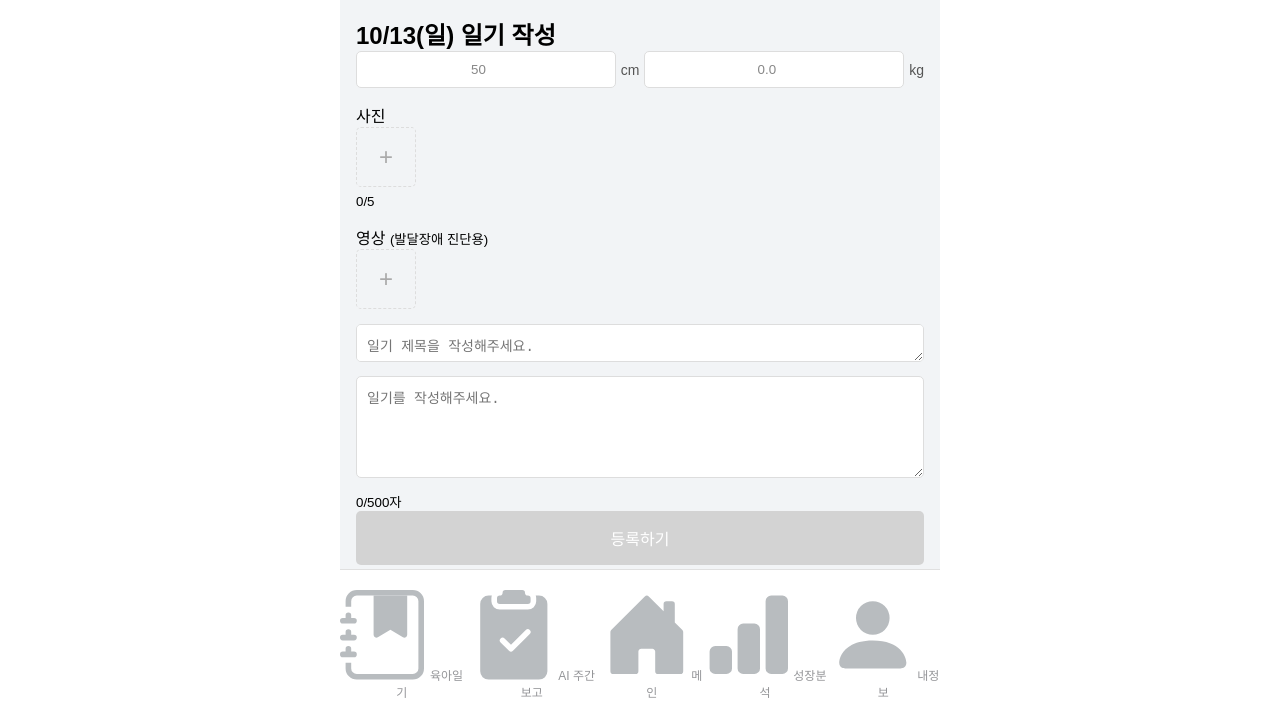
Repository: fromBirth/frombirth-frontend
Page: /babydiary/register
The author's editor kept a copy of each file at every save. The page is drawn from the files as they stood at one save, then again after the next save.
The browser window is 1280 px wide. The pictures show the whole page.
Some web fonts or font styles are not loaded; a fallback is used. The project was rebuilt for these pictures with package versions that can differ from the ones it lists, and the page was loaded fresh each time. Also part of the build but not shown: vite.config.js.

Above is the page before, as saved 2024-10-30 13:32:38.

### index.html
<!doctype html>
<html lang="en">
  <head>
    <meta charset="UTF-8" />
    <link rel="icon" type="image/svg+xml" href="/fromBirthIcon" />
    <meta name="viewport" content="width=device-width, initial-scale=1.0" />
    <script src="https://t1.kakaocdn.net/kakao_js_sdk/2.7.2/kakao.min.js" integrity="sha384-TiCUE00h649CAMonG018J2ujOgDKW/kVWlChEuu4jK2vxfAAD0eZxzCKakxg55G4" crossorigin="anonymous"></script>
    <title>fromBirth</title>
  </head>
  <body>
    <div id="root"></div>
    <script type="module" src="/src/main.jsx"></script>
  </body>
</html>

### src/main.jsx
/* src/main.jsx */

// StrictMode와 createRoot 함수를 React에서 import
import { StrictMode } from 'react'
import { createRoot } from 'react-dom/client'
// 애플리케이션의 메인 컴포넌트인 App을 import
import App from './App.jsx'

// React 애플리케이션의 루트 DOM 요소에 App 컴포넌트를 렌더링
createRoot(document.getElementById('root')).render(
  <StrictMode>
    <App />
  </StrictMode>,
)

### src/App.jsx
/* src/App.jsx */

// 전체 애플리케이션에 라우팅 기능을 제공하는 BrowserRouter를 import
import { BrowserRouter as Router } from 'react-router-dom';
// 전역적으로 인증 상태를 관리하기 위해 AuthProvider를 import
import { AuthProvider } from './contexts/AuthContext';
// 애플리케이션의 전체 라우팅 구성을 위한 AppRouter를 import
import AppRouter from './routes/AppRouter'; // 라우팅 설정을 불러옴

// App 컴포넌트는 애플리케이션의 최상위 컴포넌트로, 인증과 라우팅을 관리
function App() {
    return (
        <AuthProvider>  {/* 인증 컨텍스트 제공 */}
            <Router>  {/* 라우팅 제공 */}
                <AppRouter /> {/* 전체 라우팅 설정 */}
            </Router>
        </AuthProvider>
    );
}

// App 컴포넌트를 기본으로 내보내기
export default App;

### src/contexts/AuthContext.jsx
/* src/contexts/AuthContext.jsx */

import { createContext, useState } from 'react';

// Context 생성
export const AuthContext = createContext();

// Context Provider 컴포넌트
export const AuthProvider = ({ children }) => {
    const [isAuthenticated, setIsAuthenticated] = useState(false);

    // 로그인/로그아웃 상태 변경 함수
    const toggleAuth = () => {
        setIsAuthenticated(!isAuthenticated);
    };

    return (
        <AuthContext.Provider value={{ isAuthenticated, toggleAuth }}>
            {children}
        </AuthContext.Provider>
    );
};

### src/routes/AppRouter.jsx
/* src/routes/AppRouter.jsx */

// React Router의 Routes와 Route 컴포넌트를 사용해 라우팅 구성
import { Routes, Route, Navigate } from 'react-router-dom';
// React에서 컴포넌트를 동적 로딩할 수 있도록 Suspense와 lazy를 사용
import { Suspense, lazy } from 'react';
// PATHS 객체를 import하여 경로를 상수로 관리
import { PATHS } from './paths';
// 전체 레이아웃 컴포넌트로, 로그인이 필요한 페이지의 공통 레이아웃으로 사용
import Layout from '../components/common/Layout.jsx';
// 스피너 컴포넌트 import
import Spinner from '../components/common/Spinner.jsx';
// 전역 스타일 파일을 import하여 스타일 적용
import '/src/assets/styles/common.css';

// React.lazy를 사용하여 동적 import로 각 페이지를 로딩하여 초기 로딩 속도 최적화
const Login = lazy(() => import('../components/login/Login.jsx'));
const Dashboard = lazy(() => import('../components/dashboard/Dashboard.jsx'));
const BabyDiary = lazy(() => import('../components/baby-diary/BabyDiary.jsx'));
const DiaryList = lazy(() => import('../components/baby-diary/DiaryList.jsx'));
const DiaryListPhoto = lazy(() => import('../components/baby-diary/DiaryListPhoto.jsx'));
const DiaryRegister = lazy(() => import('../components/baby-diary/DiaryRegister.jsx'));
const DiaryDetail = lazy(() => import('../components/baby-diary/DiaryDetail.jsx'));
const WeeklyReport = lazy(() => import('../components/weekly-report/WeeklyReport.jsx'));
const GrowthAnalysis = lazy(() => import('../components/growth-analysis/GrowthAnalysis.jsx'));
const MyPage = lazy(() => import('../components/my-page/MyPage.jsx'));
const ChildRegister = lazy(() => import('../components/my-page/ChildRegister.jsx'));

function AppRouter() {
    return (
        // Suspense로 동적 로딩 중 스피너 화면 표시
        <Suspense fallback={<Spinner />}>
            <Routes>
                {/* 로그인 페이지 */}
                <Route path={PATHS.LOGIN} element={<Login />} />

                {/* 기본 경로에서 메인 대시보드 화면으로 리다이렉트 */}
                <Route path="/" element={<Navigate to={PATHS.DASHBOARD} />} />

                {/* Layout 컴포넌트를 상위 요소로 하여 로그인이 필요한 페이지 구성 */}
                <Route element={<Layout />}>
                    {/* 메인 대시보드 페이지 */}
                    <Route path={PATHS.DASHBOARD} element={<Dashboard />} />

                    {/* BabyDiary 관련 페이지 */}
                    <Route path={PATHS.BABY_DIARY} element={<BabyDiary />} />
                    <Route path={PATHS.DIARY_LIST} element={<DiaryList />} />
                    <Route path={PATHS.DIARY_LIST_PHOTO} element={<DiaryListPhoto />} />
                    <Route path={PATHS.DIARY_REGISTER} element={<DiaryRegister />} />
                    <Route path={PATHS.DIARY_DETAIL} element={<DiaryDetail />} />

                    {/* WeeklyReport 페이지 */}
                    <Route path={PATHS.WEEKLY_REPORT} element={<WeeklyReport />} />

                    {/* GrowthAnalysis 페이지 */}
                    <Route path={PATHS.GROWTH_ANALYSIS} element={<GrowthAnalysis />} />

                    {/* MyPage 관련 페이지 */}
                    <Route path={PATHS.MY_PAGE} element={<MyPage />} />
                    <Route path={PATHS.CHILD_REGISTER} element={<ChildRegister />} />
                </Route>
            </Routes>
        </Suspense>
    );
}

export default AppRouter;

### src/routes/paths.js
/* src/routes/paths.js */

// PATHS 객체는 애플리케이션에서 사용하는 주요 라우트 경로를 상수로 관리
// 경로가 변경되더라도 이 파일만 수정하면 모든 라우트에 반영되어 유지보수가 용이해짐
export const PATHS = {

    // 로그인 페이지 경로
    LOGIN: "/login",

    // 메인 페이지 경로
    MAIN: "/main",

    // 육아 일기 섹션 경로들
    BABY_DIARY: "/babydiary",               // 육아 일기 메인 경로
    DIARY_LIST: "/babydiary/list",          // 일기 목록 페이지 경로
    DIARY_LIST_PHOTO: "/babydiary/listphoto", // 사진으로 보는 일기 목록 경로
    DIARY_REGISTER: "/babydiary/register",  // 일기 작성 페이지 경로
    DIARY_DETAIL: "/babydiary/detail",      // 일기 상세 페이지 경로

    // AI주간보고 페이지 경로
    WEEKLY_REPORT: "/weeklyreport",

    // 성장 분석 페이지 경로
    GROWTH_ANALYSIS: "/growthanalysis",

    // 내정보 섹션 경로들
    MY_PAGE: "/mypage",                     // 마이페이지 메인 경로
    CHILD_REGISTER: "/mypage/register",     // 아이 등록 페이지 경로
};

### src/components/common/Layout.jsx
/* src/components/Layout.jsx */

import { Link, Outlet, useLocation } from 'react-router-dom';
import { useState, useEffect } from 'react';
import '/src/assets/styles/layout.css';

function Layout() {

    const location = useLocation();
    const [activePath, setActivePath] = useState(location.pathname);

    // 라우터 변경 시 활성화 상태 업데이트
    useEffect(() => {
        setActivePath(location.pathname);
    }, [location]);

    return (
        <div className="layout">

            {/* 🔴 페이지 콘텐츠: 헤더와 실제 Outlet을 포함하는 영역 */}
            <div className="content">
                <Outlet /> {/* 자식 페이지들이 이곳에 렌더링됩니다. */}
            </div>

            {/* 🔴 푸터 */}
            <footer className="footer">
                <nav className={"footer-nav"}>
                    <Link to="/babydiary" >
                        <div className={`nav-item ${activePath === '/babydiary' ? 'btn-active' : ''}`}>
                            <svg xmlns="http://www.w3.org/2000/svg" style={{ fill: activePath === '/babydiary' ? 'var(--logo-color)' : 'var(--menu-symbol-color)' }}
                                className="bi bi-journal-bookmark-fill" viewBox="0 0 16 16">
                                <path fillRule="evenodd"
                                    d="M6 1h6v7a.5.5 0 0 1-.757.429L9 7.083 6.757 8.43A.5.5 0 0 1 6 8z" />
                                <path
                                    d="M3 0h10a2 2 0 0 1 2 2v12a2 2 0 0 1-2 2H3a2 2 0 0 1-2-2v-1h1v1a1 1 0 0 0 1 1h10a1 1 0 0 0 1-1V2a1 1 0 0 0-1-1H3a1 1 0 0 0-1 1v1H1V2a2 2 0 0 1 2-2" />
                                <path
                                    d="M1 5v-.5a.5.5 0 0 1 1 0V5h.5a.5.5 0 0 1 0 1h-2a.5.5 0 0 1 0-1zm0 3v-.5a.5.5 0 0 1 1 0V8h.5a.5.5 0 0 1 0 1h-2a.5.5 0 0 1 0-1zm0 3v-.5a.5.5 0 0 1 1 0v.5h.5a.5.5 0 0 1 0 1h-2a.5.5 0 0 1 0-1z" />
                            </svg>
                            <span>육아일기</span>
                        </div>
                    </Link>
                    <Link to="/weeklyreport" >
                        <div className={`nav-item ${activePath === '/weeklyreport' ? 'btn-active' : ''}`}>
                            <svg xmlns="http://www.w3.org/2000/svg" style={{ fill: activePath === '/weeklyreport' ? 'var(--logo-color)' : 'var(--menu-symbol-color)' }}
                                className="bi bi-clipboard2-check-fill" viewBox="0 0 16 16">
                                <path
                                    d="M10 .5a.5.5 0 0 0-.5-.5h-3a.5.5 0 0 0-.5.5.5.5 0 0 1-.5.5.5.5 0 0 0-.5.5V2a.5.5 0 0 0 .5.5h5A.5.5 0 0 0 11 2v-.5a.5.5 0 0 0-.5-.5.5.5 0 0 1-.5-.5" />
                                <path
                                    d="M4.085 1H3.5A1.5 1.5 0 0 0 2 2.5v12A1.5 1.5 0 0 0 3.5 16h9a1.5 1.5 0 0 0 1.5-1.5v-12A1.5 1.5 0 0 0 12.5 1h-.585q.084.236.085.5V2a1.5 1.5 0 0 1-1.5 1.5h-5A1.5 1.5 0 0 1 4 2v-.5q.001-.264.085-.5m6.769 6.854-3 3a.5.5 0 0 1-.708 0l-1.5-1.5a.5.5 0 1 1 .708-.708L7.5 9.793l2.646-2.647a.5.5 0 0 1 .708.708" />
                            </svg>
                            <span>AI 주간보고</span>
                        </div>

                    </Link>
                    <Link to="/dashboard" >
                        <div className={`nav-item ${activePath === '/dashboard' ? 'btn-active' : ''}`}>
                            <svg xmlns="http://www.w3.org/2000/svg" style={{ fill: activePath === '/dashboard' ? 'var(--logo-color)' : 'var(--menu-symbol-color)' }}
                                className="bi bi-house-door-fill" viewBox="0 0 16 16">
                                <path
                                    d="M6.5 14.5v-3.505c0-.245.25-.495.5-.495h2c.25 0 .5.25.5.5v3.5a.5.5 0 0 0 .5.5h4a.5.5 0 0 0 .5-.5v-7a.5.5 0 0 0-.146-.354L13 5.793V2.5a.5.5 0 0 0-.5-.5h-1a.5.5 0 0 0-.5.5v1.293L8.354 1.146a.5.5 0 0 0-.708 0l-6 6A.5.5 0 0 0 1.5 7.5v7a.5.5 0 0 0 .5.5h4a.5.5 0 0 0 .5-.5" />
                            </svg>
                            <span>메인</span>
                        </div>

                    </Link>
                    <Link to="/growthanalysis" >
                        <div className={`nav-item ${activePath === '/growthanalysis' ? 'btn-active' : ''}`}>
                            <svg xmlns="http://www.w3.org/2000/svg" style={{ fill: activePath === '/growthanalysis' ? 'var(--logo-color)' : 'var(--menu-symbol-color)' }}
                                className="bi bi-bar-chart-fill" viewBox="0 0 16 16">
                                <path
                                    d="M1 11a1 1 0 0 1 1-1h2a1 1 0 0 1 1 1v3a1 1 0 0 1-1 1H2a1 1 0 0 1-1-1zm5-4a1 1 0 0 1 1-1h2a1 1 0 0 1 1 1v7a1 1 0 0 1-1 1H7a1 1 0 0 1-1-1zm5-5a1 1 0 0 1 1-1h2a1 1 0 0 1 1 1v12a1 1 0 0 1-1 1h-2a1 1 0 0 1-1-1z" />
                            </svg>
                            <span>성장분석</span>
                        </div>

                    </Link>
                    <Link to="/mypage" >
                        <div className={`nav-item ${activePath === '/mypage' ? 'btn-active' : ''}`}>
                            <svg xmlns="http://www.w3.org/2000/svg" style={{ fill: activePath === '/mypage' ? 'var(--logo-color)' : 'var(--menu-symbol-color)' }}
                                className="bi bi-person-fill" viewBox="0 0 16 16">
                                <path d="M3 14s-1 0-1-1 1-4 6-4 6 3 6 4-1 1-1 1zm5-6a3 3 0 1 0 0-6 3 3 0 0 0 0 6" />
                            </svg>
                            <span>내정보</span>
                        </div>
                    </Link>
                </nav>
            </footer>
        </div>
    );
}

export default Layout;

### src/components/common/Spinner.jsx
/* src/components/Spinner.jsx */

const Spinner = () => {
    return (
        <div className="spinner-overlay">
            <div className="spinner"></div>
        </div>
    );
};

export default Spinner;

### src/assets/styles/common.css
/* src/assets/styles/common.css */

/* 🔴 폰트 설정 */
@font-face { font-family: 'Pretendard'; font-weight: 100; font-style: normal; src: url('https://cdn.jsdelivr.net/gh/webfontworld/pretendard/Pretendard-Thin.woff') format('woff'); font-display: swap; }
@font-face { font-family: 'Pretendard'; font-weight: 200; font-style: normal; src: url('https://cdn.jsdelivr.net/gh/webfontworld/pretendard/Pretendard-ExtraLight.woff') format('woff'); font-display: swap; }
@font-face { font-family: 'Pretendard'; font-weight: 300; font-style: normal; src: url('https://cdn.jsdelivr.net/gh/webfontworld/pretendard/Pretendard-Light.woff') format('woff'); font-display: swap; }
@font-face { font-family: 'Pretendard'; font-weight: 400; font-style: normal; src: url('https://cdn.jsdelivr.net/gh/webfontworld/pretendard/Pretendard-Regular.woff') format('woff'); font-display: swap; }
@font-face { font-family: 'Pretendard'; font-weight: 500; font-style: normal; src: url('https://cdn.jsdelivr.net/gh/webfontworld/pretendard/Pretendard-Medium.woff') format('woff'); font-display: swap; }
@font-face { font-family: 'Pretendard'; font-weight: 600; font-style: normal; src: url('https://cdn.jsdelivr.net/gh/webfontworld/pretendard/Pretendard-SemiBold.woff') format('woff'); font-display: swap; }
@font-face { font-family: 'Pretendard'; font-weight: 700; font-style: normal; src: url('https://cdn.jsdelivr.net/gh/webfontworld/pretendard/Pretendard-Bold.woff') format('woff'); font-display: swap; }
@font-face { font-family: 'Pretendard'; font-weight: 800; font-style: normal; src: url('https://cdn.jsdelivr.net/gh/webfontworld/pretendard/Pretendard-ExtraBold.woff') format('woff'); font-display: swap; }
@font-face { font-family: 'Pretendard'; font-weight: 900; font-style: normal; src: url('https://cdn.jsdelivr.net/gh/webfontworld/pretendard/Pretendard-Black.woff') format('woff'); font-display: swap; }
/* HakgyoansimDunggeunmisoTTF 폰트 설정 (로컬 파일) */
@font-face { font-family: 'HakgyoansimDunggeunmisoTTF-B'; src: url('/src/assets/fonts/Hakgyoansim-Dunggeunmiso-TTF-B.ttf') format('truetype'); font-weight: normal; font-style: normal; }
@font-face { font-family: 'HakgyoansimDunggeunmisoTTF-R'; src: url('/src/assets/fonts/Hakgyoansim-Dunggeunmiso-TTF-R.ttf') format('truetype'); font-weight: normal; font-style: normal; }

/* 🔴 css 초기화 설정 */
html, body { font-family: "Pretendard", sans-serif; height: 100%; margin: 0; padding: 0; }
* { margin: 0; padding: 0; box-sizing: border-box; }
a { text-decoration: none; color: black; }
ul, li, ol, dl, dd { list-style: none; margin: 0; }
img { max-width: 100%; height: auto; border: 0; }
table { border-collapse: collapse; border-spacing: 0; }
td, th { padding: 0; }
input[type="checkbox"] { cursor: pointer; }
button { appearance: none; border: 0; background: transparent; font: inherit; outline: none; cursor: pointer; }
button:disabled { cursor: default; }
label { margin: 0; font-weight: normal; }
p { margin: 0; }
input::placeholder { color: #888; }

/* 🔴 색상 등 전역 변수 설정 */
:root { --logo-color: #FF893C; --button-disabled-color: #E6E9F0; --menu-symbol-color: #B8BCBF; --menu-text-color: #949598; --background-color: #F4F7FC; }

/* 🔴 로딩 스피너 */
.spinner-overlay { position: fixed; top: 0; left: 0; width: 100vw; height: 100vh; display: flex; justify-content: center; align-items: center; background: rgba(255, 255, 255, 0.8); z-index: 1000; }
.spinner { width: 40px; height: 40px; border: 5px solid rgba(0, 0, 0, 0.1); border-top-color: #3498db; border-radius: 50%; animation: spin 1s linear infinite; }
@keyframes spin { to { transform: rotate(360deg); }
 }

### src/components/baby-diary/DiaryRegister.jsx
import './DiaryRegister.css';

const DiaryRegister = () => {
    return (
        <div className="container">
            <h2>10/13(일) 일기 작성</h2>

            <div className="input-row">
                <input type="number" placeholder="50" min="0" max="200" aria-label="키 입력" />
                <span>cm</span>
                <input type="number" placeholder="0.0" min="0" max="200" aria-label="몸무게 입력" />
                <span>kg</span>
            </div>

            <div className="upload-section">
                <label>사진</label>
                <div className="upload-box" aria-label="사진 업로드">+</div>
                <small>0/5</small>
            </div>

            <div className="upload-section">
                <label>영상 <small>(발달장애 진단용)</small></label>
                <div className="upload-box" aria-label="영상 업로드">+</div>
            </div>

            <textarea className="textarea" rows="1" placeholder="일기 제목을 작성해주세요." aria-label="일기 제목 입력"></textarea>
            <textarea className="textarea" rows="5" placeholder="일기를 작성해주세요." maxLength="500" aria-label="일기 내용 입력"></textarea>
            <small>0/500자</small>

            <button className="submit-btn" aria-label="일기 등록">등록하기</button>
        </div>
    );
};

export default DiaryRegister;

### src/assets/styles/layout.css
/* src/assets/styles/layout.css */

/* 레이아웃 */
.layout { display: flex; flex-direction: column; align-items: center; max-width: 600px; width: 100%; height: 100vh; margin: 0 auto; background-color: #f9f9f9; }

/* 헤더 스타일 */
.layout .header { display: flex; align-items: center; width: 100%; padding: 16px; background-color: white; border-bottom: 1px solid #e0e0e0; max-width: 600px;position: sticky;top: 0; z-index: 10;  }
.layout .header .profile-image { width: 40px; height: 40px; border-radius: 50%; margin-right: 8px; }
.layout .header .header-title { font-size: 16px; color: #333; }
.layout .header .header-dropdown { font-size: 14px; color: gray; }

/* 콘텐츠 영역 */
.layout .content { flex-grow: 1; width: 100%; padding: 16px; overflow-y: auto; background-color: #f2f4f6; max-width: 600px; padding-bottom: 80px;}

/* footer */
.layout .footer { width: 100%; padding: 10px 0; background-color: white; border-top: 1px solid #e0e0e0; position: fixed; bottom: 0; z-index: 10; max-width: 600px; }
.layout .footer .footer-nav { display: flex; justify-content: space-around; }
.layout .footer .footer-nav .nav-item { font-size: 12px; color: #949598; text-align: center; padding: 10px 0;}
.layout .footer .footer-nav .nav-item.btn-active { background-color: #FE8A3C1F; color: #FF893C; border-radius:9px; }
.layout .footer .footer-nav .nav-item svg { margin: auto; width: 7vw; }

### src/components/baby-diary/DiaryRegister.css
.input-row { display: flex; align-items: center; gap: 5px; margin-bottom: 15px; }
.input-row input[type="number"] { width: 100%; padding: 10px; border: 1px solid #ddd; border-radius: 5px; text-align: center; }
.input-row span { font-size: 14px; color: #555; }
.upload-section { margin-bottom: 15px; }
.upload-box { width: 60px; height: 60px; border: 1px dashed #ddd; border-radius: 5px; display: flex; align-items: center; justify-content: center; color: #aaa; font-size: 24px; margin-bottom: 5px; }
.textarea { width: 100%; padding: 10px; border: 1px solid #ddd; border-radius: 5px; margin-bottom: 10px; font-size: 14px; color: #555; }
.submit-btn { width: 100%; padding: 15px; background-color: #d3d3d3; border: none; border-radius: 5px; font-size: 16px; color: white; cursor: pointer; }

After the next save:
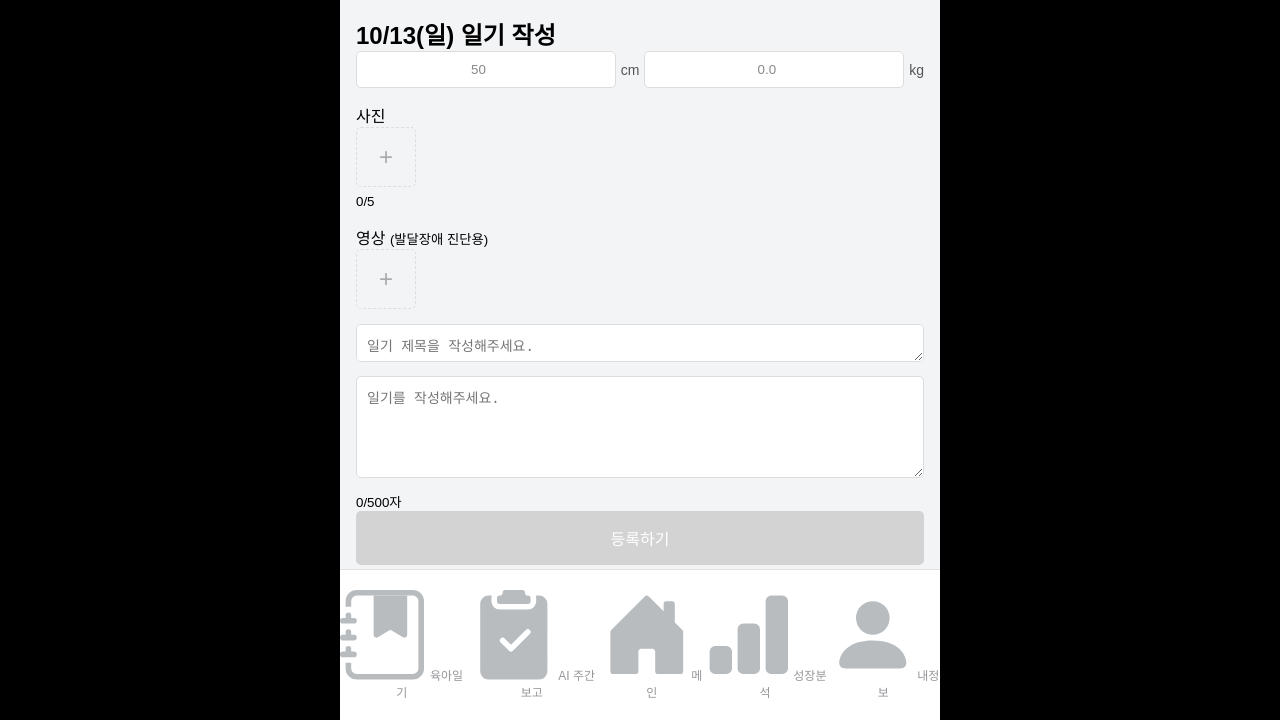
Saved 62 s later.
--- a/src/assets/styles/layout.css
+++ b/src/assets/styles/layout.css
@@ -1,20 +1,22 @@
 /* src/assets/styles/layout.css */
+
+#root { background-color: #000000; }
 
 /* 레이아웃 */
 .layout { display: flex; flex-direction: column; align-items: center; max-width: 600px; width: 100%; height: 100vh; margin: 0 auto; background-color: #f9f9f9; }
 
 /* 헤더 스타일 */
-.layout .header { display: flex; align-items: center; width: 100%; padding: 16px; background-color: white; border-bottom: 1px solid #e0e0e0; max-width: 600px;position: sticky;top: 0; z-index: 10;  }
+.layout .header { display: flex; align-items: center; width: 100%; padding: 16px; background-color: white; border-bottom: 1px solid #e0e0e0; max-width: 600px; position: sticky; top: 0; z-index: 10; }
 .layout .header .profile-image { width: 40px; height: 40px; border-radius: 50%; margin-right: 8px; }
 .layout .header .header-title { font-size: 16px; color: #333; }
 .layout .header .header-dropdown { font-size: 14px; color: gray; }
 
 /* 콘텐츠 영역 */
-.layout .content { flex-grow: 1; width: 100%; padding: 16px; overflow-y: auto; background-color: #f2f4f6; max-width: 600px; padding-bottom: 80px;}
+.layout .content { flex-grow: 1; width: 100%; padding: 16px; overflow-y: auto; background-color: #f2f4f6; max-width: 600px; padding-bottom: 80px; }
 
 /* footer */
 .layout .footer { width: 100%; padding: 10px 0; background-color: white; border-top: 1px solid #e0e0e0; position: fixed; bottom: 0; z-index: 10; max-width: 600px; }
 .layout .footer .footer-nav { display: flex; justify-content: space-around; }
-.layout .footer .footer-nav .nav-item { font-size: 12px; color: #949598; text-align: center; padding: 10px 0;}
+.layout .footer .footer-nav .nav-item { font-size: 12px; color: #949598; text-align: center; padding: 10px 0; }
 .layout .footer .footer-nav .nav-item.btn-active { background-color: #FE8A3C1F; color: #FF893C; border-radius:9px; }
 .layout .footer .footer-nav .nav-item svg { margin: auto; width: 7vw; }
